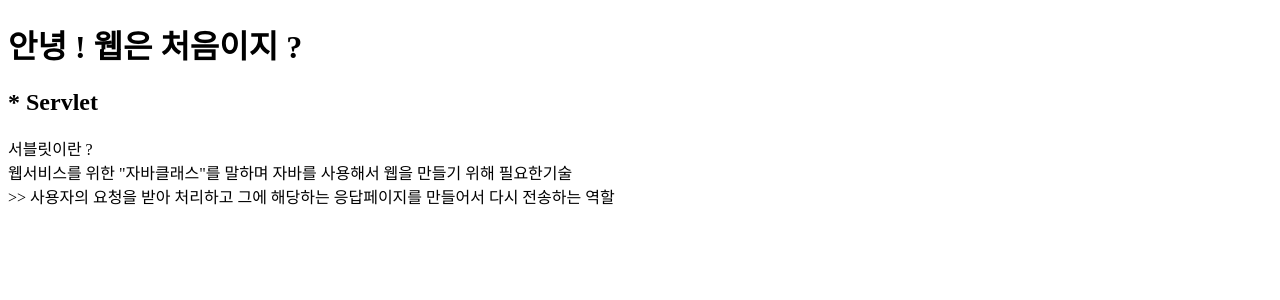
Repository: hyerangbi/Servlet
Page: 6_servlet/1_Servlet/src/main/webapp/index.html
The author's editor kept a copy of each file at every save. The page is drawn from the files as they stood at one save, then again after the next save.
The browser window is 1280 px wide. The pictures show the whole page.

Above is the page before, as saved 2024-09-06 03:31:13.

After the next save:
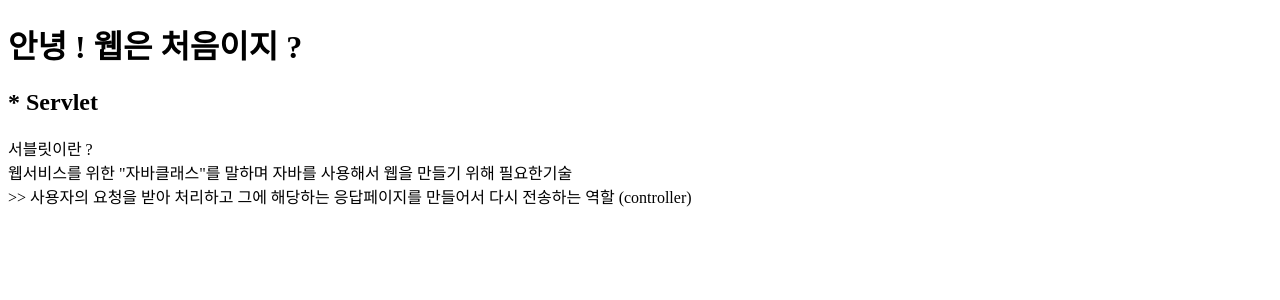
Saved 64 s later.
--- a/6_servlet/1_Servlet/src/main/webapp/index.html
+++ b/6_servlet/1_Servlet/src/main/webapp/index.html
@@ -11,7 +11,7 @@
 	<p>
 		서블릿이란 ? <br>
 		웹서비스를 위한 "자바클래스"를 말하며 자바를 사용해서 웹을 만들기 위해 필요한기술 <br>
-		>> 사용자의 요청을 받아 처리하고 그에 해당하는 응답페이지를 만들어서 다시 전송하는 역할
+		>> 사용자의 요청을 받아 처리하고 그에 해당하는 응답페이지를 만들어서 다시 전송하는 역할 (controller) <br>
 	</p>
 </body>
 </html>
